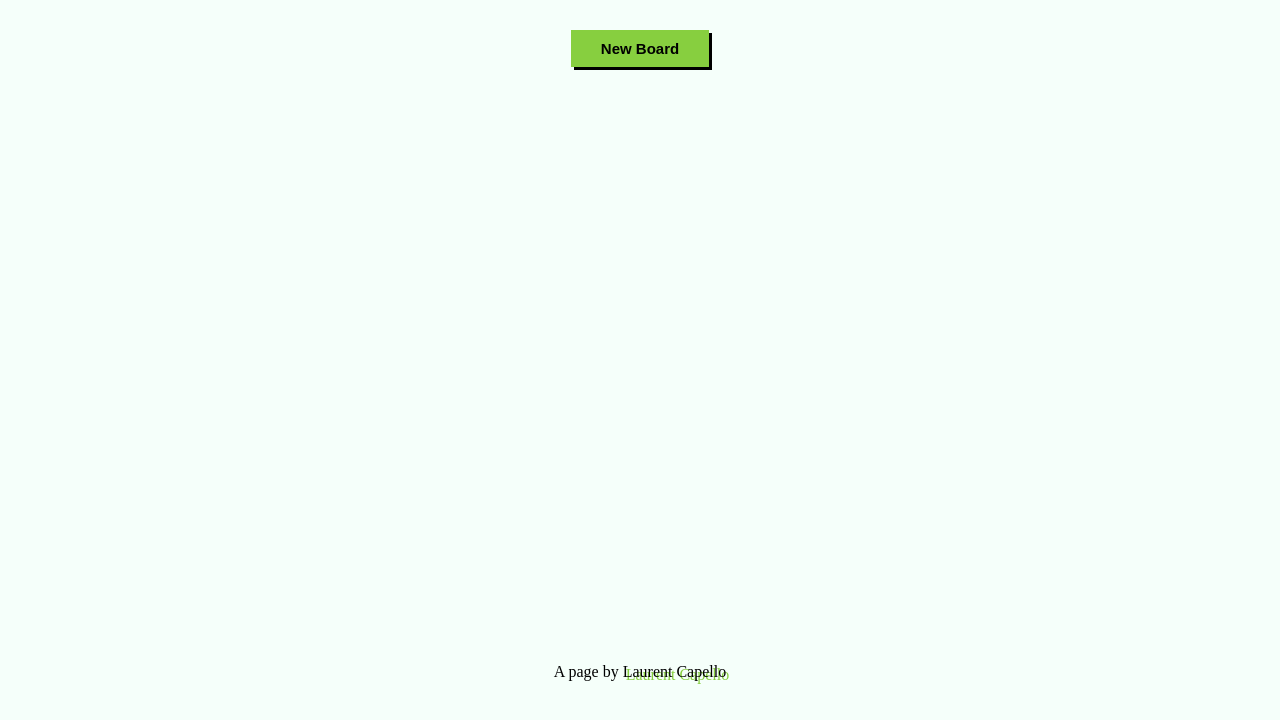
Repository: sokafootball/etch-a-sketc
Page: index.html
These files come from the project's save history. The page is drawn as it stood at one moment and after the next save; the edit follows.
The browser window is 1280 px wide. The pictures show the whole page.

Above is the page before, as saved 2020-04-18 11:30:15.

### index.html
<html>
<head>
  <link rel="stylesheet" type="text/css" href="reset.css">
  <link rel="stylesheet" type="text/css" href="style.css">
</head>
<body>
<main id="main">
  <button id="reset-btn">New Board</button>
  <div id="grid-div"></div>
</main>
<footer>
  <p>A page by <span id="signature">Laurent Capello</span></p>
</footer>
<script type="text/javascript" src="script.js"></script>
</body>
</html>

### style.css
:root{
  --shadow-size: 3px;
  --main-color: hsla(90, 60%, 53%, 1);
  --secondary-color: black;
}

body{
  background-color: mintcream;
}

footer{
  width: 100%;
  position: absolute;
  display: flex;
  justify-content: center;
  bottom: 40px;
}

.cell {
  background-color: var(--secondary-color);
  display: inline-block;
}

.hovered-cell{
  background-color: var(--main-color);
}

#main{
  align-items: center;
  display:flex;
  flex-direction: column;
  margin-top: 30px;
}

#reset-btn{
  cursor: pointer;
  font-weight: 800;
  margin-bottom: 30px;
  padding: 10px 30px;
  font-size: 15px;
  background-color: var(--main-color);
  border: 0;
  box-shadow: var(--shadow-size) var(--shadow-size);
}

#reset-btn:focus{
  outline-width: 0;
}

#reset-btn:active{
  box-shadow: none;
  position: relative;
  left: var(--shadow-size);
  top: var(--shadow-size);
}

#signature{
  text-shadow: var(--main-color) var(--shadow-size) var(--shadow-size);
}

### script.js
const grid = document.querySelector(`#grid-div`)
const resetButton = document.querySelector(`#reset-btn`)
const GRID_PX_SIZE = 720
const MAX_GRID_SIZE = 150
resetButton.addEventListener(`click`, resetBoard)


function createBoard(){
  let size = getSizeFromUser()
  for (let i = 1; i <= size; i++) {
    for (let j = 1; j <= size; j++) {
      createCell(size)
    }
    goToNewLine()
  }
}

function resetBoard(){
  deleteBoard()
  createBoard()
}

function deleteBoard(){
  let cells = document.querySelectorAll(`.cell`)
  cells.forEach(cell => grid.removeChild(cell))
  let breaks = document.querySelectorAll(`br`)
  breaks.forEach(br => grid.removeChild(br))
}

function getSizeFromUser() {
  let size
  do { size = prompt(`How many squares per side? (between 0 and ${MAX_GRID_SIZE})`) }
    while (isNaN(Number(size)) || size == `` || size > MAX_GRID_SIZE)
  return Number(size)
}

function createCell(size){
  const cell = document.createElement(`div`)
  const pixelsPerSide = GRID_PX_SIZE / size
  cell.addEventListener("mouseenter", () => cell.classList.add(`hovered-cell`));
  cell.classList.add(`cell`)
  cell.style.width = pixelsPerSide
  cell.style.height = pixelsPerSide
  grid.appendChild(cell)
}

function goToNewLine(){
  const br = document.createElement(`br`)
  grid.appendChild(br)
}

Loaded but not shown: reset.css (common file)

After the next save:
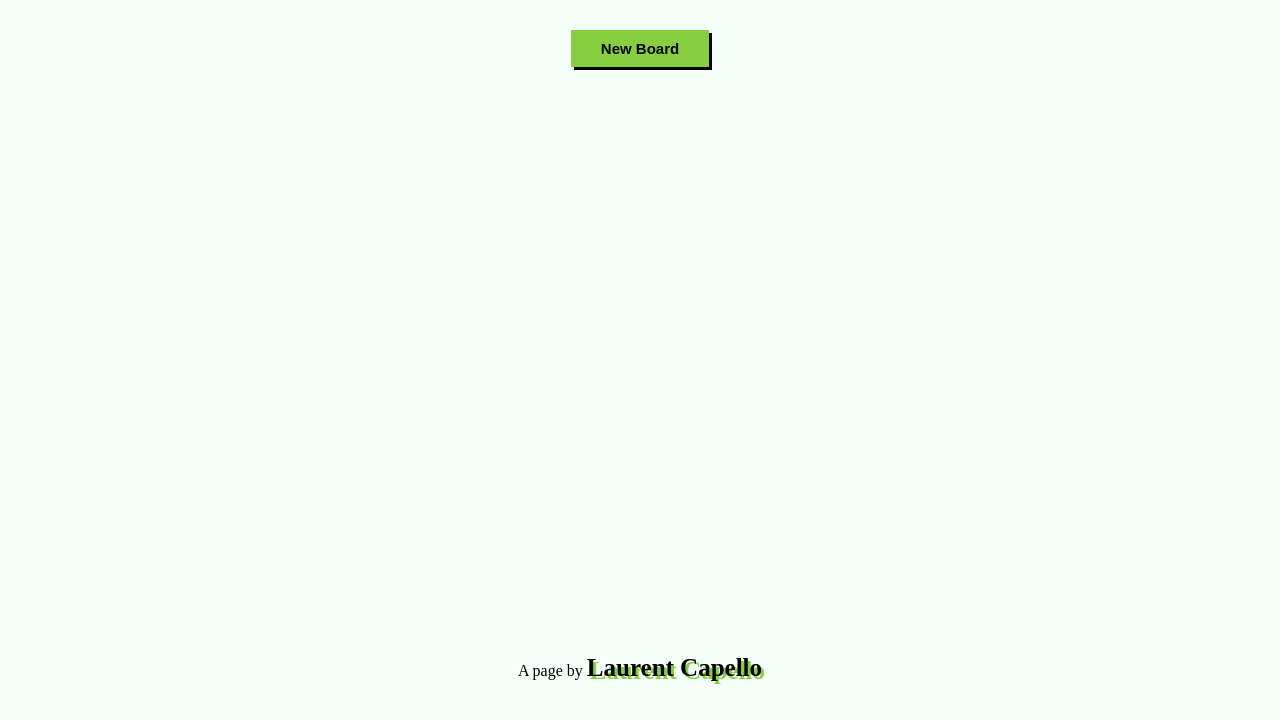
Saved 71 s later.
--- a/style.css
+++ b/style.css
@@ -56,4 +56,6 @@ footer{
 
 #signature{
   text-shadow: var(--main-color) var(--shadow-size) var(--shadow-size);
+  font-size: 25px;
+  font-weight: 800;
 }
